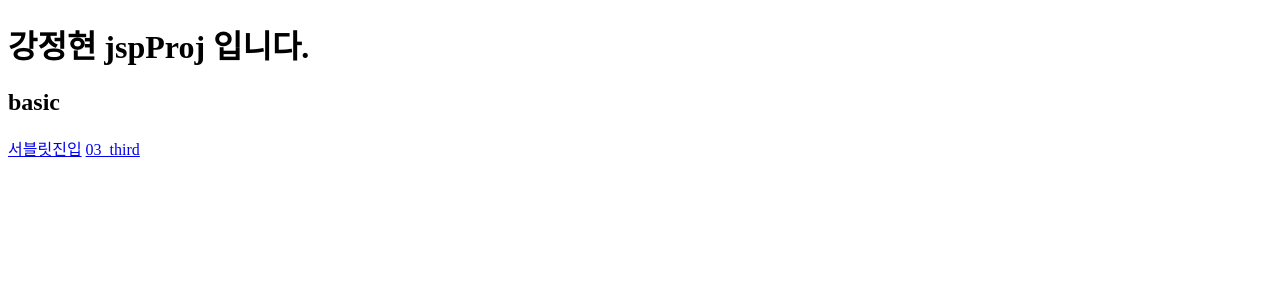
Repository: Jamikidu/newJsp
Page: http://localhost/jspProj/
An editor plug-in stored every save of this project. The page is shown before and after the next save, followed by the edit.
The browser window is 1280 px wide. The pictures show the whole page.
The page is served by Tomcat 9. Nobody is signed in. The application's start-up code is not run. Other server files are loaded and not shown.

Above is the page before, as saved 2023-07-25 07:47:36.

### jspProj/src/main/webapp/index.jsp
<%@ page language="java" contentType="text/html; charset=UTF-8"
    pageEncoding="UTF-8"%>
<!DOCTYPE html>
<html>
<head>
<meta charset="UTF-8">
<title>jspProj 입니다</title>
</head>
<body>
<h1>강정현 jspProj 입니다.</h1>
<h2>basic</h2>
<a href="basic/First">서블릿진입</a>
<a href="basic/03_third.jsp">03_third</a>
</body>
</html>

After the next save:
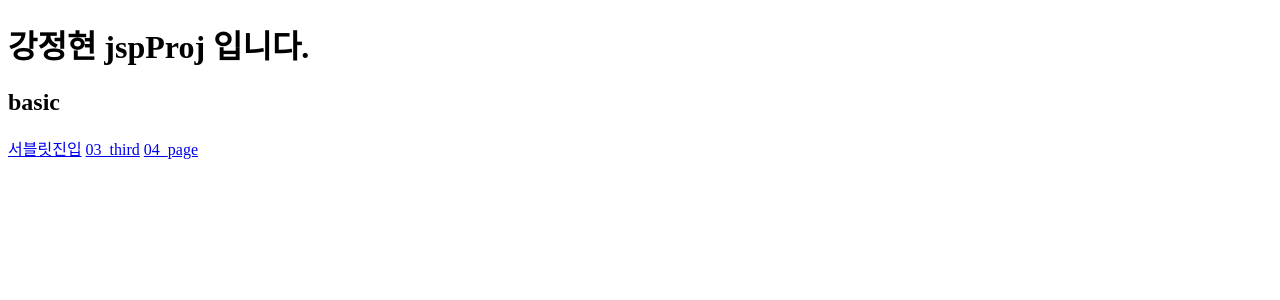
Saved 26 s later.
--- a/jspProj/src/main/webapp/index.jsp
+++ b/jspProj/src/main/webapp/index.jsp
@@ -11,5 +11,6 @@
 <h2>basic</h2>
 <a href="basic/First">서블릿진입</a>
 <a href="basic/03_third.jsp">03_third</a>
+<a href="basic/04_page.jsp">04_page</a>
 </body>
 </html>
